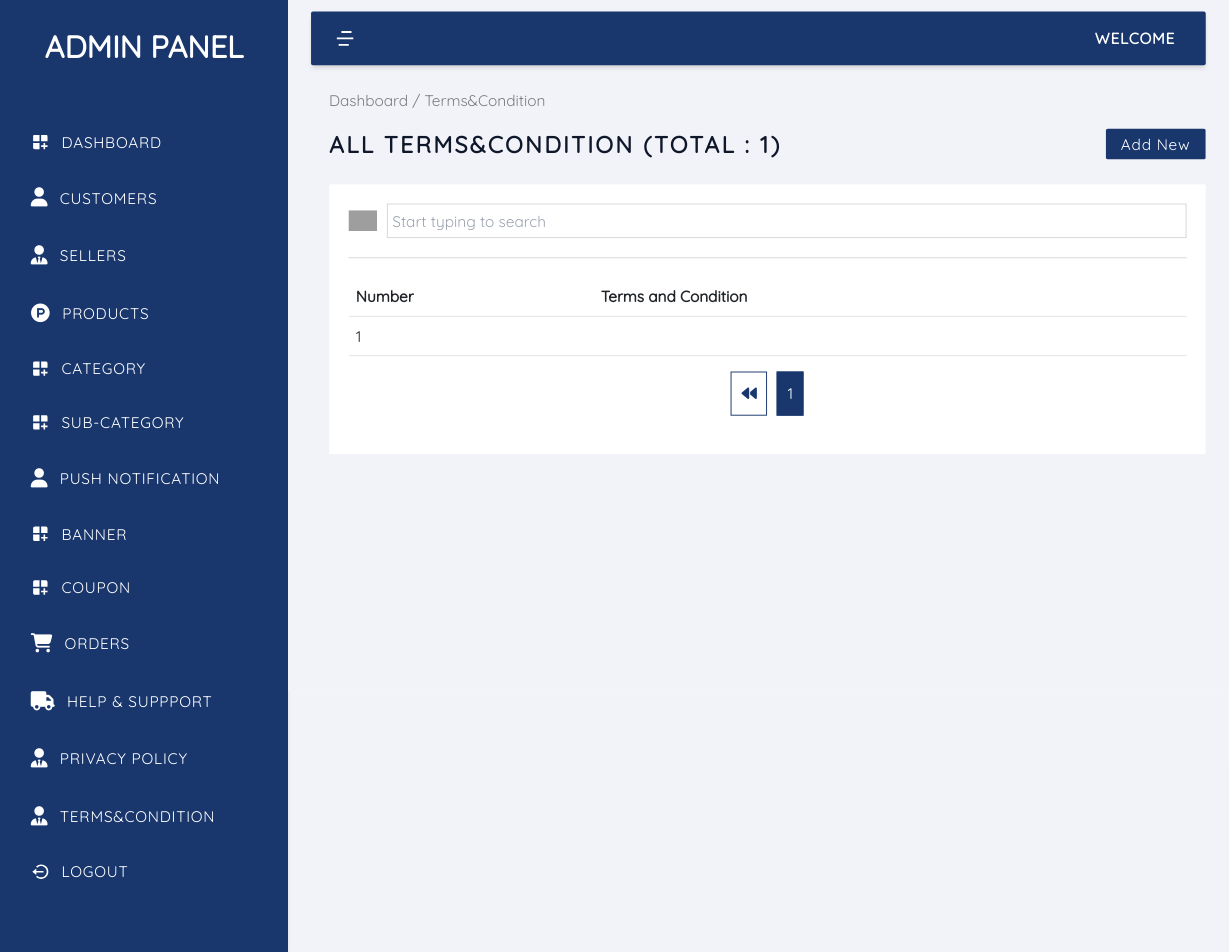
Repository: shishpal2000/admin.aschpro
Page: /terms
These files come from the project's save history. The page is drawn as it stood at one moment and after a run of saves; the edit follows.
The browser window is 1280 px wide. The pictures show the whole page, at 96% of full size.
Pictures or frames that could not be fetched are drawn as grey boxes. Some web libraries are served in a nearby version. The project was rebuilt for these pictures with package versions that can differ from the ones it lists, and the page was loaded fresh each time. Also part of the build but not shown: src/E-CommerceAdmin/forms/Login.jsx, src/E-CommerceAdmin/pages/Dashboard.jsx, src/E-CommerceAdmin/pages/ECategory.js, src/E-CommerceAdmin/pages/EProduct.js, src/E-CommerceAdmin/pages/EVendorList.js, src/E-CommerceAdmin/pages/EAdminOrders.js, src/E-CommerceAdmin/pages/EAdminDelivery.js, src/E-CommerceAdmin/pages/EAdminCustomer.js and 6 more. Imported but missing from the stored project, and not drawn on this page: src/E-CommerceAdmin/pages/Complaints, src/E-CommerceAdmin/pages/Component/SpinnerComp, src/E-CommerceAdmin/pages/EAdmin, src/E-CommerceAdmin/pages/EAdminProduct, src/E-CommerceAdmin/pages/ESingleProduct, src/E-CommerceAdmin/pages/GetMeThis, src/E-CommerceAdmin/pages/HelpSupport.

Above is the page before, as saved 2023-06-28 17:56:49.

After the next 2 saves:
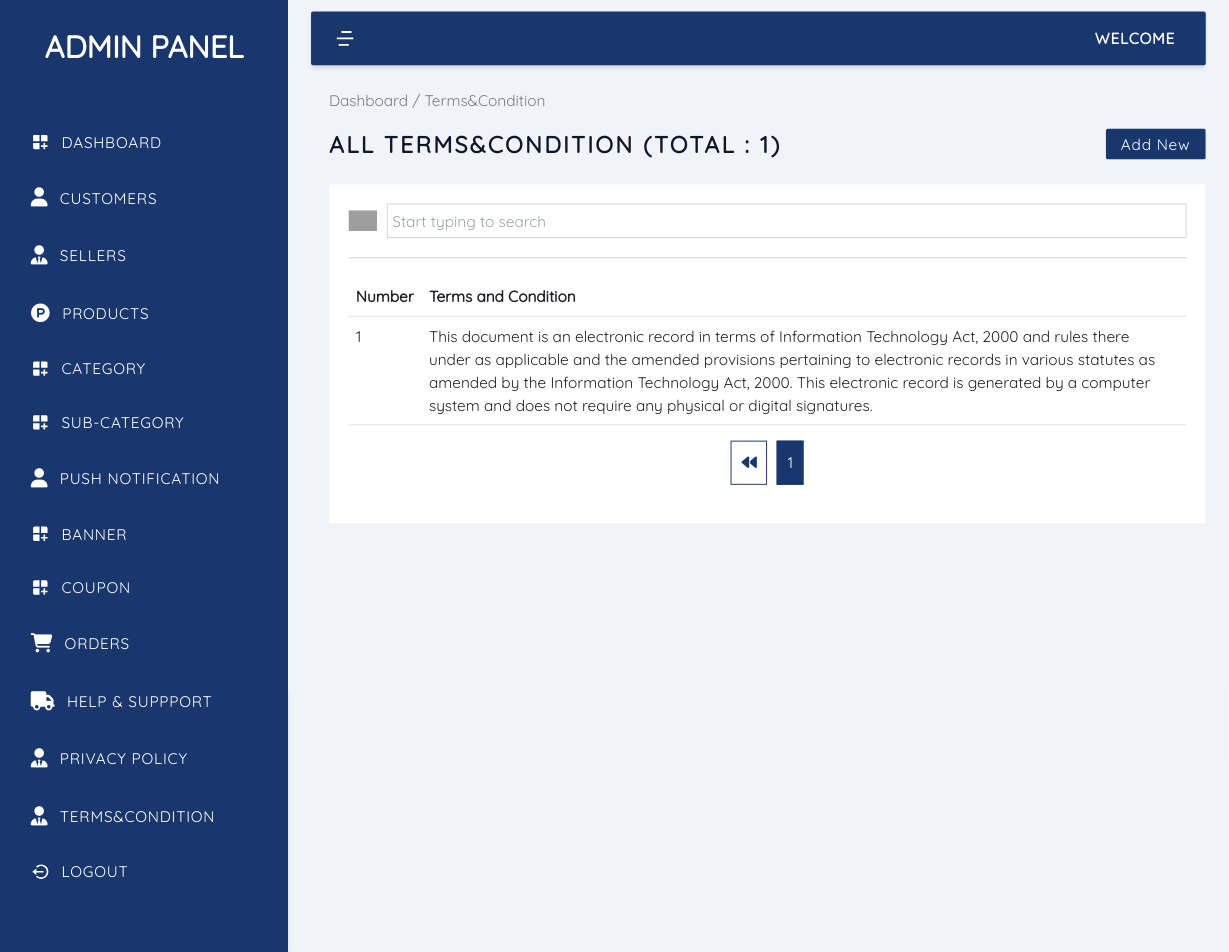
The 2 saves are shown as one change because they came seconds apart.
The last was saved 17 s later.
--- a/src/E-CommerceAdmin/pages/Terms.js
+++ b/src/E-CommerceAdmin/pages/Terms.js
@@ -10,8 +10,8 @@ const Terms = () => {
   const [modalShow, setModalShow] = React.useState(false);
   const data = [
     {
-      terms : ""
-    }
+      terms : "This document is an electronic record in terms of Information Technology Act, 2000 and rules there under as applicable and the amended provisions pertaining to electronic records in various statutes as amended by the Information Technology Act, 2000. This electronic record is generated by a computer system and does not require any physical or digital signatures."
+    },
   ]
 
    // Pagination and Filter
